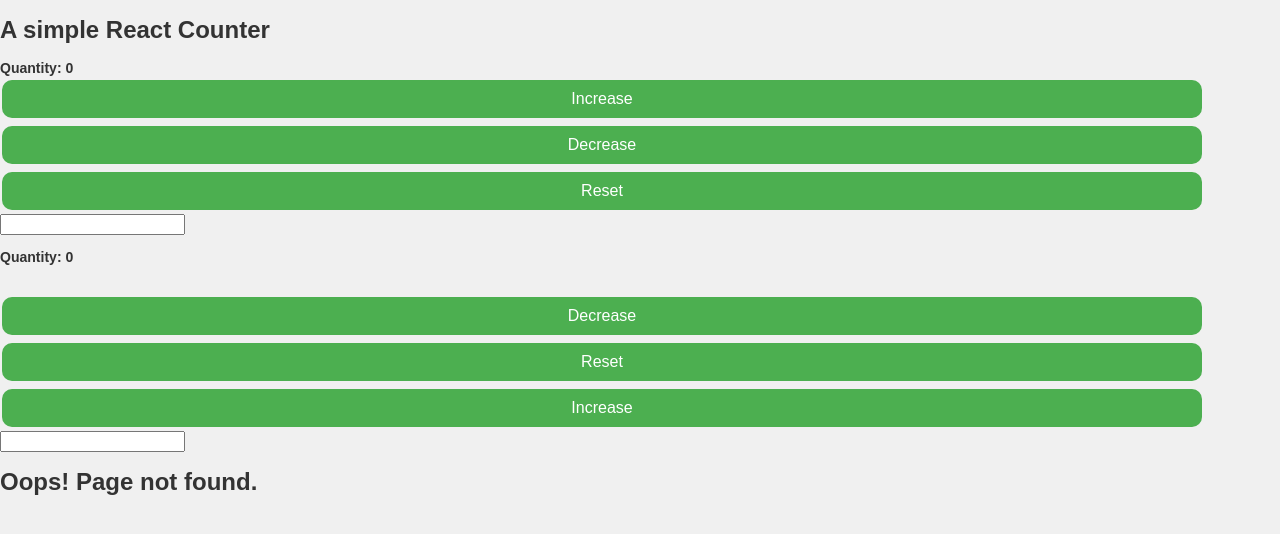
Repository: qudos4real/altschool-second-sem
Page: /
An editor plug-in stored every save of this project. The page is shown before and after the next save, followed by the edit.
The browser window is 1280 px wide. The pictures show the whole page.
The project was rebuilt for these pictures with package versions that can differ from the ones it lists, and the page was loaded fresh each time. Also part of the build but not shown: src/App.css, src/Components/ErrorBoundary.js.

Above is the page before, as saved 2022-11-04 13:08:05.

### src/App.js
import React from 'react';
import Counter from './Components/Counter';
import './App.css';
import Reducer from './Components/Reducer';
import Home from './Components/Home';
import NotFound from './Components/NotFound';
import ErrorBoundary from './Components/ErrorBoundary';
import { BrowserRouter as Router, Route, Routes, Link } from 'react-router-dom';



function App() {
  return (
    <>
    <Home />
    <Counter />
    <Reducer />
    <NotFound />
    <ErrorBoundary />

    </>

    // <Router>
    //   <ErrorBoundary >
    //   <nav>
    //     <Link to="/">Home</Link>
    //     <Link to="counter">Counter</Link>
    //     <Link to="reducer">Reducer</Link>
    //     <Link to="ErrorBoundary">ErrorBoundary</Link>
    //     </nav>
    //   <Routes>
    //     <Route path="/" element={<Home />} />
    //     <Route path="/counter" element={<Counter />} />
    //     <Route path="/reducer" element={<Reducer />} />
    //     <Route path="ErrorBoundary" element={<ErrorBoundary />} />
    //     <Route path="*" element={<NotFound />} />
    //   </Routes>
    //   </ErrorBoundary>
    // </Router>
  )
}

export default App

### src/Components/Counter.js
import React from "react";
import { useCounter } from "../hooks/useCounter";
import "../CSS/Counter.css"

function Counter() {
  const quantity = useCounter(0);
  return (
    <div>
      <h3>
        Quantity: {quantity.count}
        <br />
        <button className="btn container" onClick={quantity.increment}>Increase</button>
        <button className="btn container" onClick={quantity.decrement}>Decrease</button>
        <button className="btn container" onClick={quantity.reset}>Reset</button>
        <br />
        <input
          type="number"
          onChange={(e) => quantity.setValue(e.target.value)}
        />
      </h3>
    </div>
  );
}

export default Counter;

### src/Components/Reducer.js
import React from "react";
import { useReducer } from "react";
import { reducer } from "../hooks/reducer.1";
import "../CSS/Counter.css"

function Reducer() {
  const [state, dispatch] = useReducer(reducer, { count: 0 });
  return (
    <div>
      <h3> Quantity: {state.count}</h3>
      <br />
      <button className="btn container" onClick={() => dispatch({ type: "decrement" })}>Decrease</button>
      <button className="btn container" onClick={() => dispatch({ type: "reset" })}>Reset</button>
      <button className="btn container" onClick={() => dispatch({ type: "increment" })}>Increase</button>
      <br />
      <input
        type="number"
        onChange={(e) => dispatch({ type: "setValue", value: e.target.value })}
      />
    </div>
  );
}

export default Reducer;

### src/Components/Home.js
import React from "react";
import { Outlet } from "react-router-dom";

function Home() {
  return (
    <div>
      <h1>A simple React Counter</h1>
        <Outlet />

    </div>
  );
}

export default Home;

### src/Components/NotFound.js
import React from 'react'

const NotFound = () => {
    return (
        <div>
            <h1>
            Oops! Page not found.
            </h1>
        </div>
    )
}

export default NotFound

### src/hooks/useCounter.js
import { useState } from "react";

export const useCounter = (initialValue) => {
    const [count, setCount] = useState(initialValue);
    const increment = () => {
        setCount(count + 1);
    };
    const decrement = () => {
        count > 0 && setCount(count - 1);
    };
    const reset = () => {
        setCount(initialValue);
    };
    const setValue = (value) => {
        setCount(value);
    };
    return { count, increment, decrement, reset, setValue };
};

### src/CSS/Counter.css
body {
    background-color: #f0f0f0;
    font-family: Arial, Helvetica, sans-serif;
    font-size: 12px;
    color: #333;
    margin: 0;
    padding: 0;
    box-sizing: border-box;
}
.container{
    width: 100%;
    max-width: 1200px;
    margin: 0 auto;
    padding: 0 20px;
}
.btn {
    background-color: #4CAF50; /* Green */
    border: none;
    color: white;
    padding: 10px 20px;
    text-align: center;
    text-decoration: none;
    display: inline-block;
    font-size: 16px;
    margin: 4px 2px;
    cursor: pointer;
    border-radius: 10px;
}
.btn:hover {
    background-color: #3e8e41;
}

### src/hooks/reducer.1.js
export function reducer(state, action) {
    switch (action.type) {
        case "increment":
            return { count: state.count + 1 };
        case "decrement":
            return { count: state.count - 1 };
        case "reset":
            return { count: 0 };
        case "setValue":
            return { count: action.value };
        default:
            return state;
    }
}

Loaded but not shown: public/index.html (common file); src/index.js (common file); src/index.css (common file); src/reportWebVitals.js (common file)

After the next save:
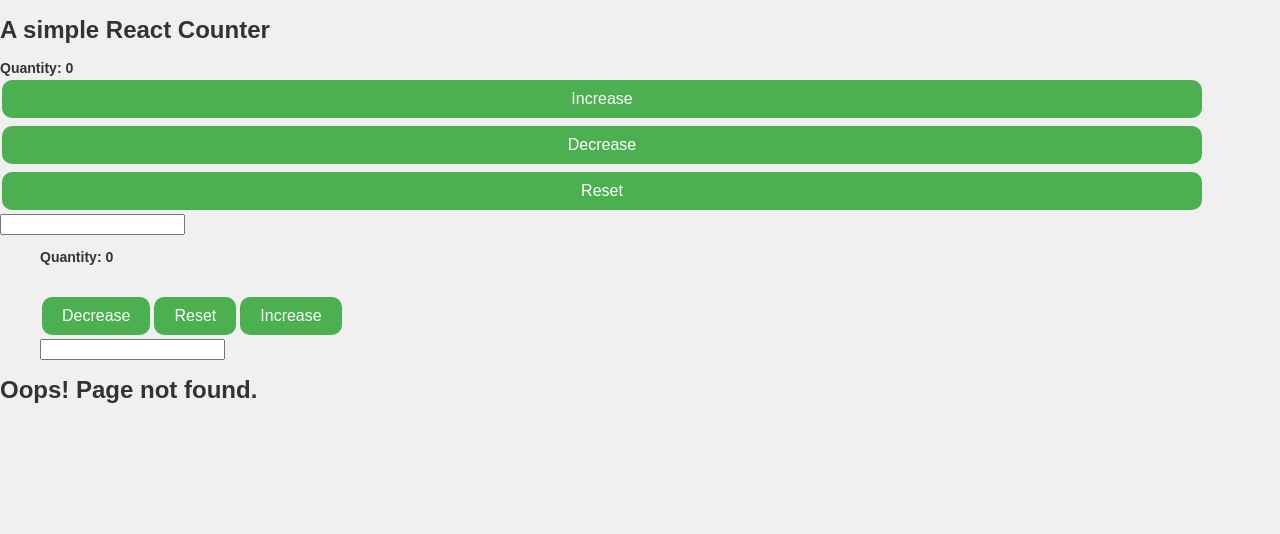
Saved 2 min 42 s later.
--- a/src/Components/Reducer.js
+++ b/src/Components/Reducer.js
@@ -6,12 +6,12 @@ import "../CSS/Counter.css"
 function Reducer() {
   const [state, dispatch] = useReducer(reducer, { count: 0 });
   return (
-    <div>
+    <div className="container">
       <h3> Quantity: {state.count}</h3>
       <br />
-      <button className="btn container" onClick={() => dispatch({ type: "decrement" })}>Decrease</button>
-      <button className="btn container" onClick={() => dispatch({ type: "reset" })}>Reset</button>
-      <button className="btn container" onClick={() => dispatch({ type: "increment" })}>Increase</button>
+      <button className="btn " onClick={() => dispatch({ type: "decrement" })}>Decrease</button>
+      <button className="btn " onClick={() => dispatch({ type: "reset" })}>Reset</button>
+      <button className="btn " onClick={() => dispatch({ type: "increment" })}>Increase</button>
       <br />
       <input
         type="number"
